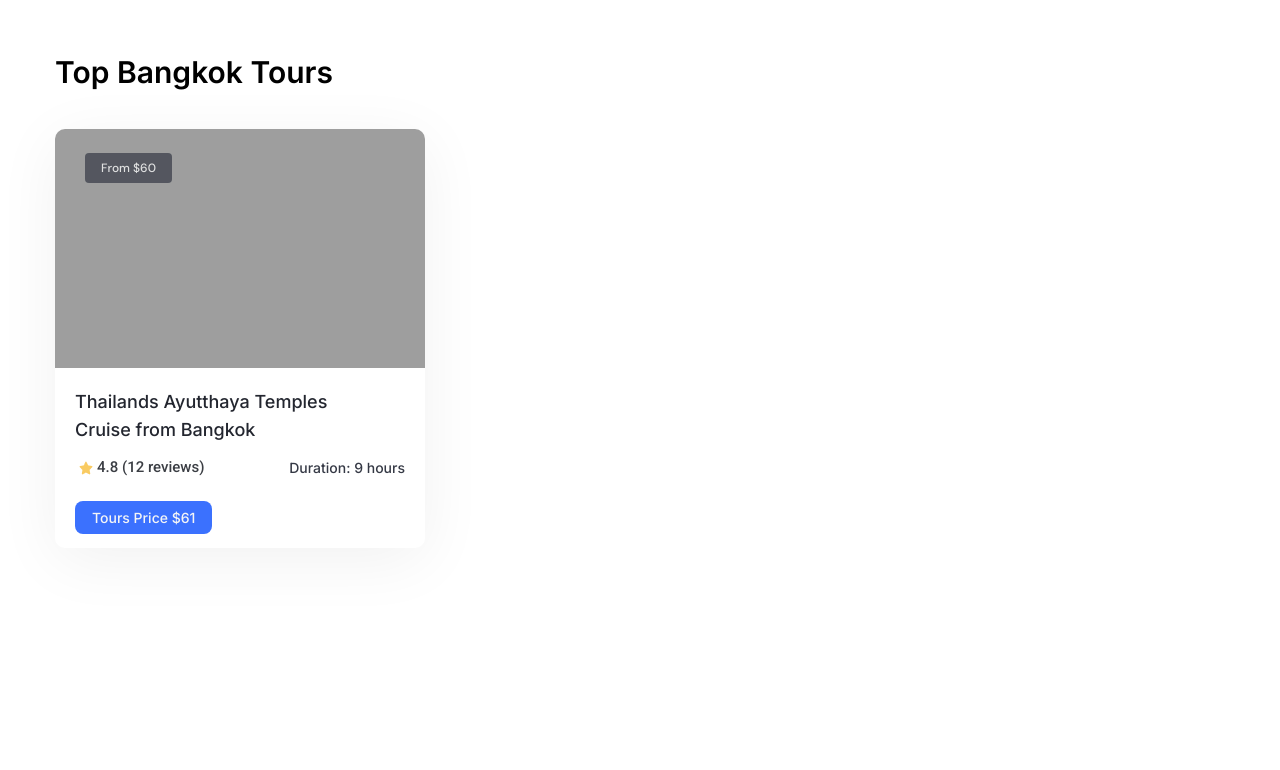
Repository: man0405/practice-web
Page: index.html
An editor plug-in stored every save of this project. The page is shown before and after the next save, followed by the edit.
The browser window is 1280 px wide. The pictures show the whole page.
Pictures or frames that could not be fetched are drawn as grey boxes. Some web fonts or font styles are not loaded; a fallback is used.

Above is the page before, as saved 2023-03-29 11:14:18.

### index.html
<!DOCTYPE html>
<html lang="en">
  <head>
    <meta charset="UTF-8" />
    <meta http-equiv="X-UA-Compatible" content="IE=edge" />
    <meta name="viewport" content="width=device-width, initial-scale=1.0" />
    <title>Practice Website</title>
    <link rel="stylesheet" href="./main.css" />
    <link rel="preconnect" href="https://fonts.googleapis.com" />
    <link rel="preconnect" href="https://fonts.gstatic.com" crossorigin="" />
    <link
      href="https://fonts.googleapis.com/css2?family=Delicious+Handrawn&amp;family=Inter:wght@100;200;300;400;500;600;700;800;900&amp;family=Pacifico&amp;family=Roboto:ital,wght@0,100;0,300;0,400;0,500;0,700;0,900;1,100;1,300;1,400;1,500;1,700;1,900&amp;display=swap"
      rel="stylesheet"
    />
    <link rel="preconnect" href="https://fonts.googleapis.com" />
    <link rel="preconnect" href="https://fonts.gstatic.com" crossorigin="" />
    <link
      href="https://fonts.googleapis.com/css2?family=DM+Sans:wght@500&amp;family=Delicious+Handrawn&amp;family=Inter:wght@100;200;300;400;500;600;700;800;900&amp;family=Pacifico&amp;family=Roboto:ital,wght@0,100;0,300;0,400;0,500;0,700;0,900;1,100;1,300;1,400;1,500;1,700;1,900&amp;display=swap"
      rel="stylesheet"
    />
    <link rel="preconnect" href="https://fonts.googleapis.com" />
    <link rel="preconnect" href="https://fonts.gstatic.com" crossorigin="" />
    <link
      href="https://fonts.googleapis.com/css2?family=DM+Sans:wght@500&amp;family=Delicious+Handrawn&amp;family=Inter:wght@100;200;300;400;500;600;700;800;900&amp;family=Pacifico&amp;family=Roboto:ital,wght@0,100;0,300;0,400;0,500;0,700;0,900;1,100;1,300;1,400;1,500;1,700;1,900&amp;display=swap"
      rel="stylesheet"
    />
    <link rel="preconnect" href="https://fonts.googleapis.com" />
    <link rel="preconnect" href="https://fonts.gstatic.com" crossorigin />
    <link
      href="https://fonts.googleapis.com/css2?family=DM+Sans:wght@500&family=Delicious+Handrawn&family=Inter:wght@100;200;300;400;500;600;700;800;900&family=Pacifico&family=Roboto:ital,wght@0,100;0,300;0,400;0,500;0,700;0,900;1,100;1,300;1,400;1,500;1,700;1,900&display=swap"
      rel="stylesheet"
    />
  </head>
  <body>
    <section class="top-tour">
      <div class="container">
        <h2 class="heading">Top Bangkok Tours</h2>
        <div class="tour-list">
          <div class="tour-item">
            <div class="tour-top">
              <img
                class="tour-image"
                src="https://source.unsplash.com/random"
                alt="tour-image"
              /><span class="tour-price">From $60</span>
            </div>
            <div class="tour-contents">
              <h3 class="tour-title">
                Thailands Ayutthaya Temples Cruise from Bangkok
              </h3>
              <div class="tour-rating">
                <div class="tour-review">
                  <div class="tour-star">
                    <img src="./img/star.png" alt="tour-rating" />
                  </div>
                  <div class="tour-review-count">4.8 (12 reviews)</div>
                </div>
                <div class="tour-duration">Duration: 9 hours</div>
              </div>
              <a
                class="tour-button"
                href="#"
                target="_blank"
                rel="noopener noreferrer"
                >Tours Price $61</a
              >
            </div>
          </div>
        </div>
      </div>
    </section>
  </body>
</html>

### main.css
:root {
  --text-color: #fcfcfd;
  --primary-color: #3b71fe;
  --gray-1: #23262f;
  --gray-2: #353945;
  --gray-6: #f4f5f6;

  --primary-font: "Inter", sans-serif;
  --secondary-font: "DM Sans", sans-serif;
  --third-font: "Roboto", sans-serif;
}

*,
*:before,
*:after {
  box-sizing: border-box;
}
* {
  margin: 0;
  padding: 0;
  font: inherit;
}
img,
picture,
svg,
video {
  display: block;
  max-width: 100%;
}
body {
  font-family: var(--primary-font);
  min-height: 100vh;
}

.container {
  width: 1170px;
  margin: 50px auto;
}

.heading {
  font-size: 30px;
  font-weight: 600;
  line-height: 1.5;
  margin-bottom: 34px;
}

.tour-item {
  border-radius: 10px;
  width: 370px;
  box-shadow: 0px 12px 64px rgba(0, 0, 0, 0.06);
}

.tour-top {
  width: 100%;
  height: 239px;
  position: relative;
  margin-bottom: 20px;
}

.tour-image {
  width: 100%;
  height: 100%;
  border-top-right-radius: 10px;
  border-top-left-radius: 10px;
  object-fit: cover;
}

.tour-price {
  position: absolute;
  top: 24px;
  left: 30px;
  color: var(--text-color);
  background-color: var(--gray-2);
  padding: 5px 16px;
  opacity: 0.7;
  border-radius: 4px;

  font-size: 12px;
  font-weight: 500;
  font-family: var(--secondary-font);
  line-height: 1.6667;
}

.tour-contents {
  margin-left: 20px;
  margin-right: 20px;
  padding-bottom: 14px;
}

.tour-title {
  max-width: 258px;
  font-size: 18px;
  font-weight: 500;
  line-height: 1.5667;
  margin-bottom: 10px;
  color: var(--gray-1);
  display: -webkit-box;
  -webkit-line-clamp: 2;
  -webkit-box-orient: vertical;
  overflow: hidden;
  text-overflow: ellipsis;
  word-break: break-word;
}

.tour-rating {
  display: flex;
  justify-content: space-between;
  align-items: center;
  margin-bottom: 20px;
}

.tour-review {
  display: flex;
  align-items: center;
}

.tour-review-count {
  font-family: var(--third-font);
  font-size: 15px;
  font-weight: 500;
  line-height: 1.8;
  color: #3b3e44;
}

.tour-duration {
  font-family: var(--primary-font);
  font-weight: 500;
  font-size: 14px;
  line-height: 1.428;
  color: var(--gray-2);
}

.tour-button {
  display: inline-block;
  text-decoration: none;
  color: var(--gray-6);
  font-weight: 500;
  font-size: 14px;
  line-height: 1.214;
  background-color: var(--primary-color);
  padding: 8px 17px;
  border-radius: 8px;
}

After the next save:
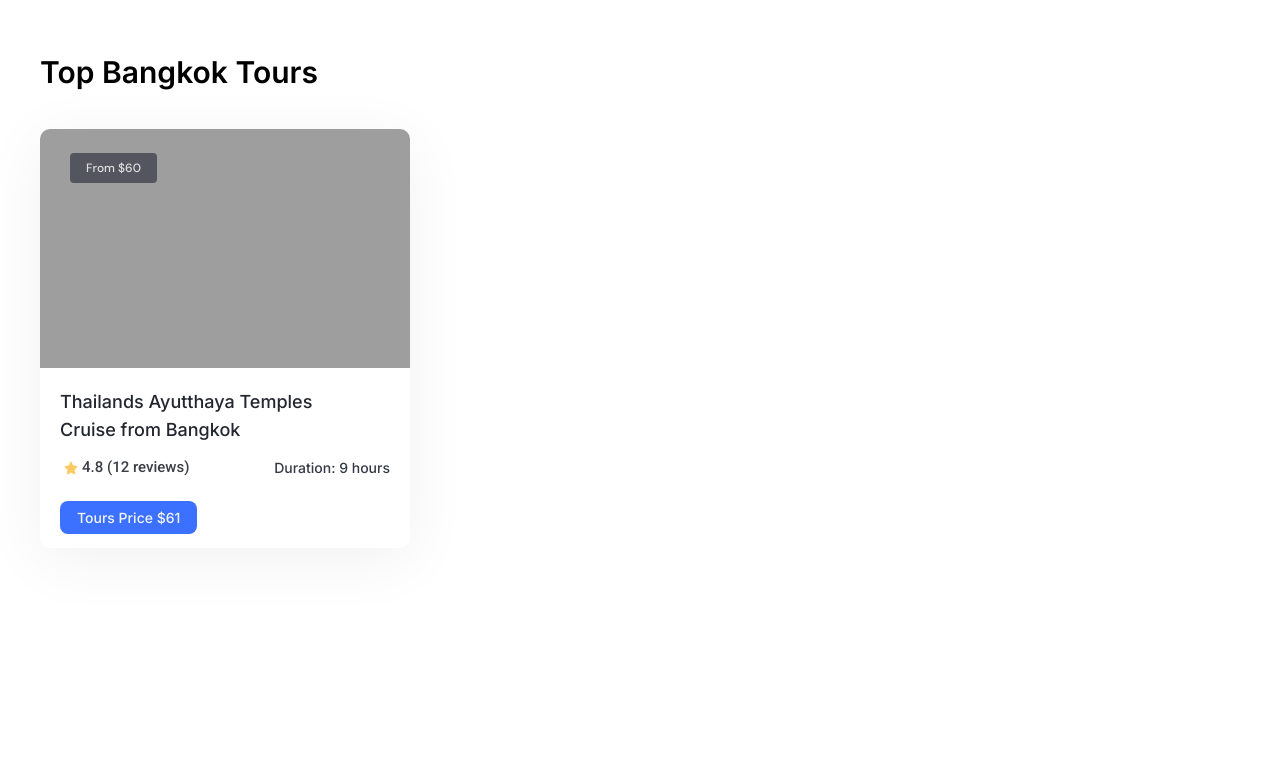
Saved 46 s later.
--- a/main.css
+++ b/main.css
@@ -33,7 +33,7 @@ body {
 }
 
 .container {
-  width: 1170px;
+  width: 1200px;
   margin: 50px auto;
 }
 
